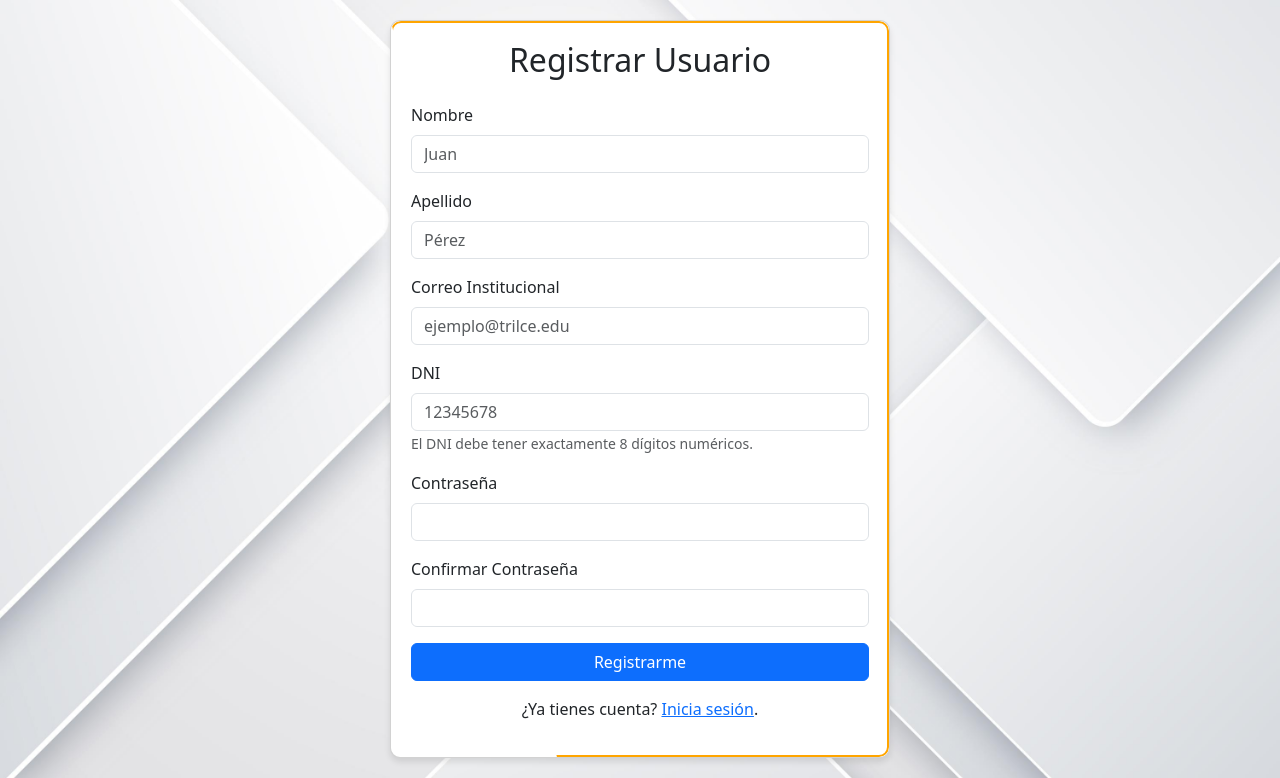
Repository: maycky02/Bibloteca_integrador
Page: http://localhost/registrarme
These files come from the project's save history. The page is drawn as it stood at one moment and after the next save; the edit follows.
The browser window is 1280 px wide. The pictures show the whole page.
Backgrounds fixed to the window are drawn as part of the page. The page is this project's Thymeleaf template; nobody is signed in. The template is opened directly, without the code that normally fills it, so the values that code supplies are empty.

Above is the page before, as saved 2024-12-03 22:20:06.

After the next save:
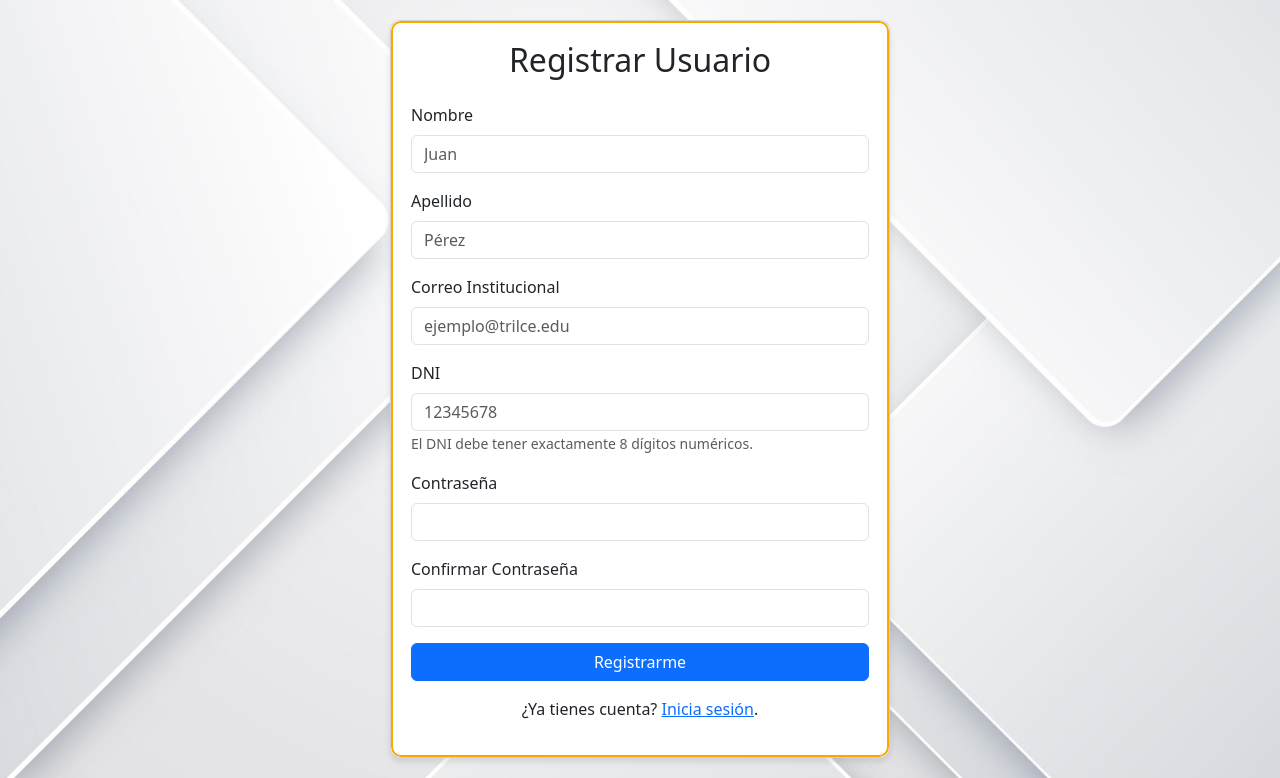
Saved 2 min 34 s later.
--- a/Bibloteca/src/main/resources/templates/registrarme.html
+++ b/Bibloteca/src/main/resources/templates/registrarme.html
@@ -35,7 +35,7 @@
             border: 2px solid orange;
             border-radius: 10px;
             box-sizing: border-box;
-            animation: border-animation 3s linear infinite;
+            animation: border-animation 6s linear infinite; /* Duración aumentada a 6s */
         }
 
         @keyframes border-animation {
